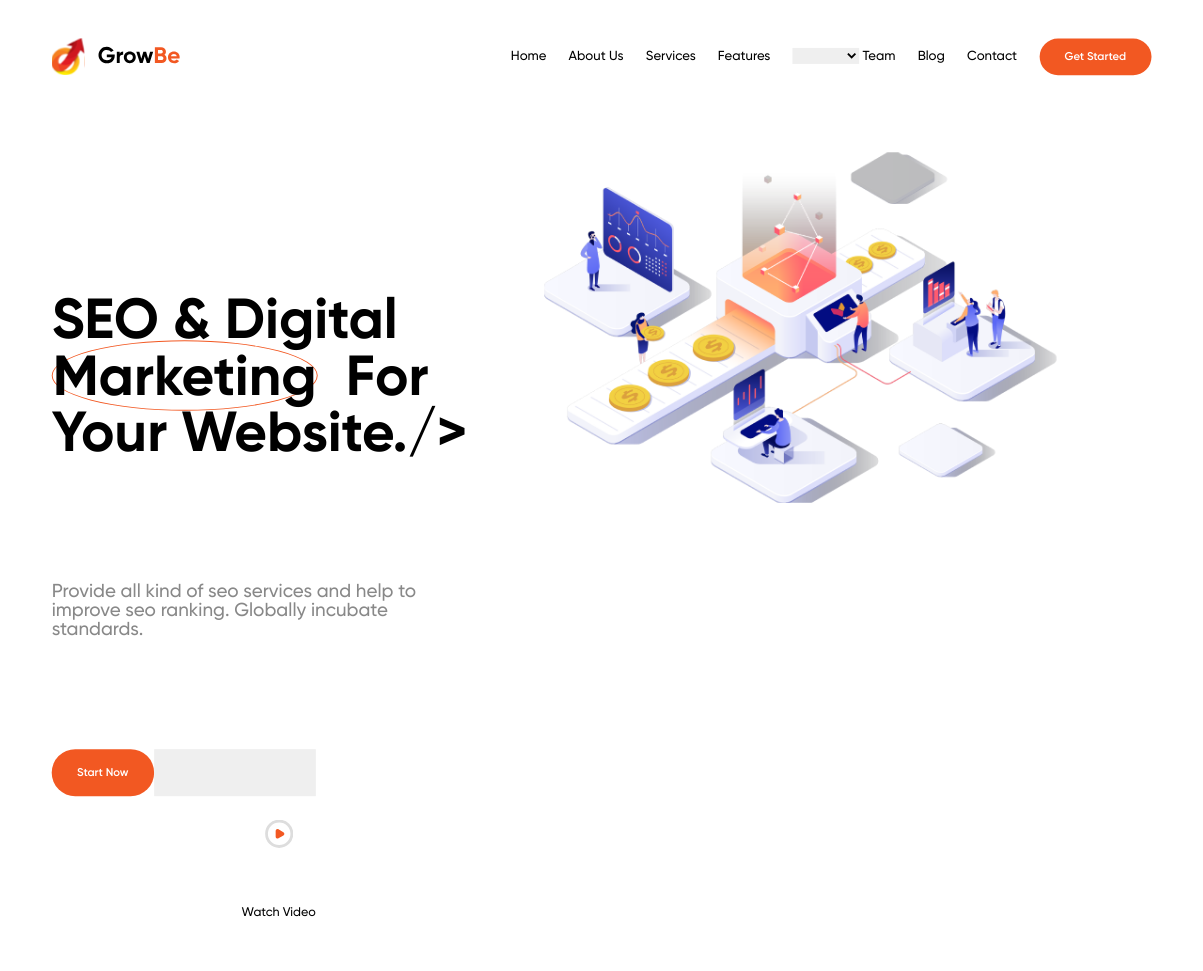
Repository: Alekseiy1980/GrowBe
Page: index.html
The author's editor kept a copy of each file at every save. The page is drawn from the files as they stood at one save, then again after the next save.
The browser window is 1280 px wide. The pictures show the part of the page from y = 0 to 1033 px (the page is 1954 px tall), at 94% of full size.
A picture or video elsewhere on the page could not be fetched, so the positions and the page height are approximate.

Above is the page before, as saved 2024-01-21 14:32:54.

After the next save:
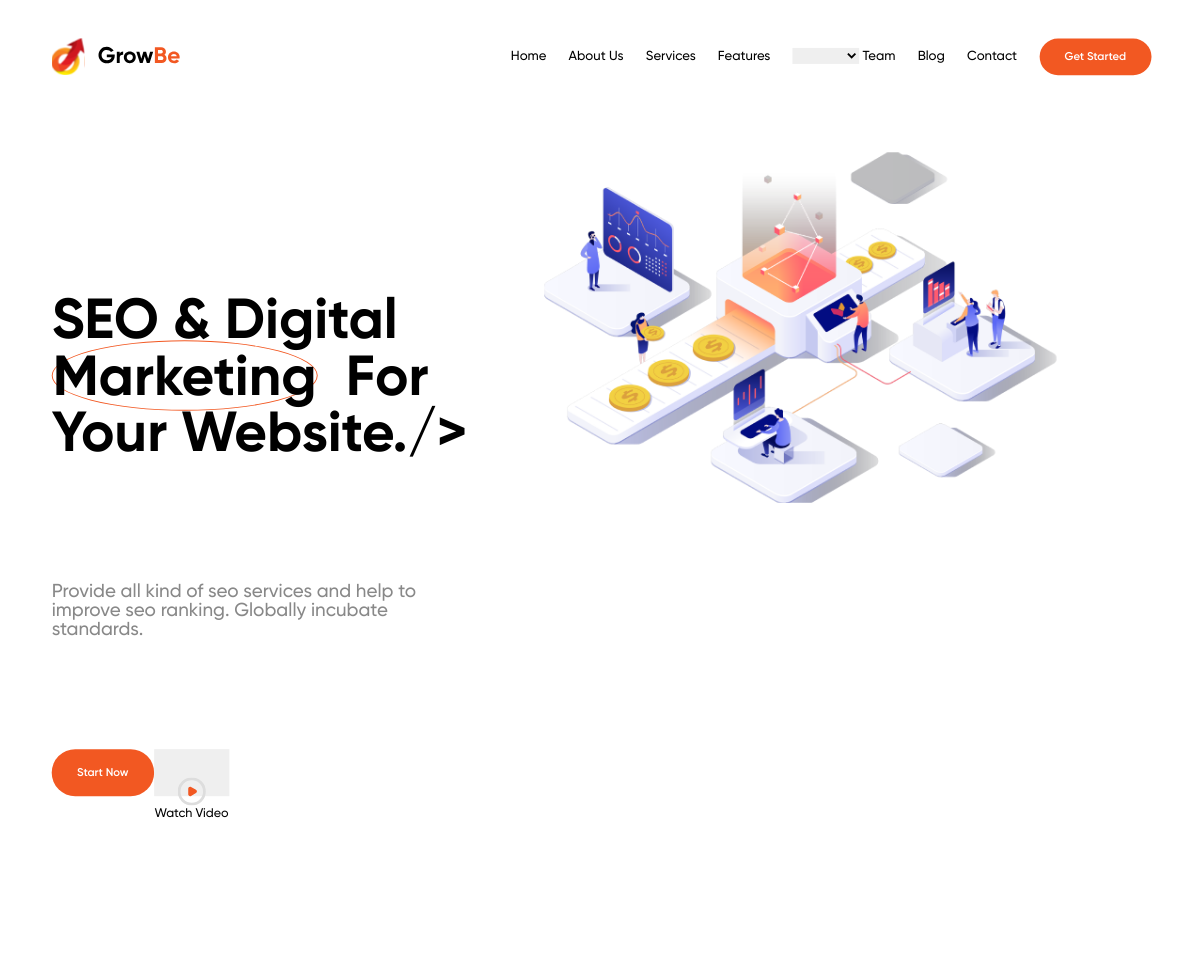
Saved 2 min 38 s later.
--- a/css/style.css
+++ b/css/style.css
@@ -119,7 +119,7 @@ header {
     height: 50px;
 }
 .conteiner_btn{
-    display: inline-flexbox;
+     white-space: nowrap;
 }
 /* .btn_video{
 
